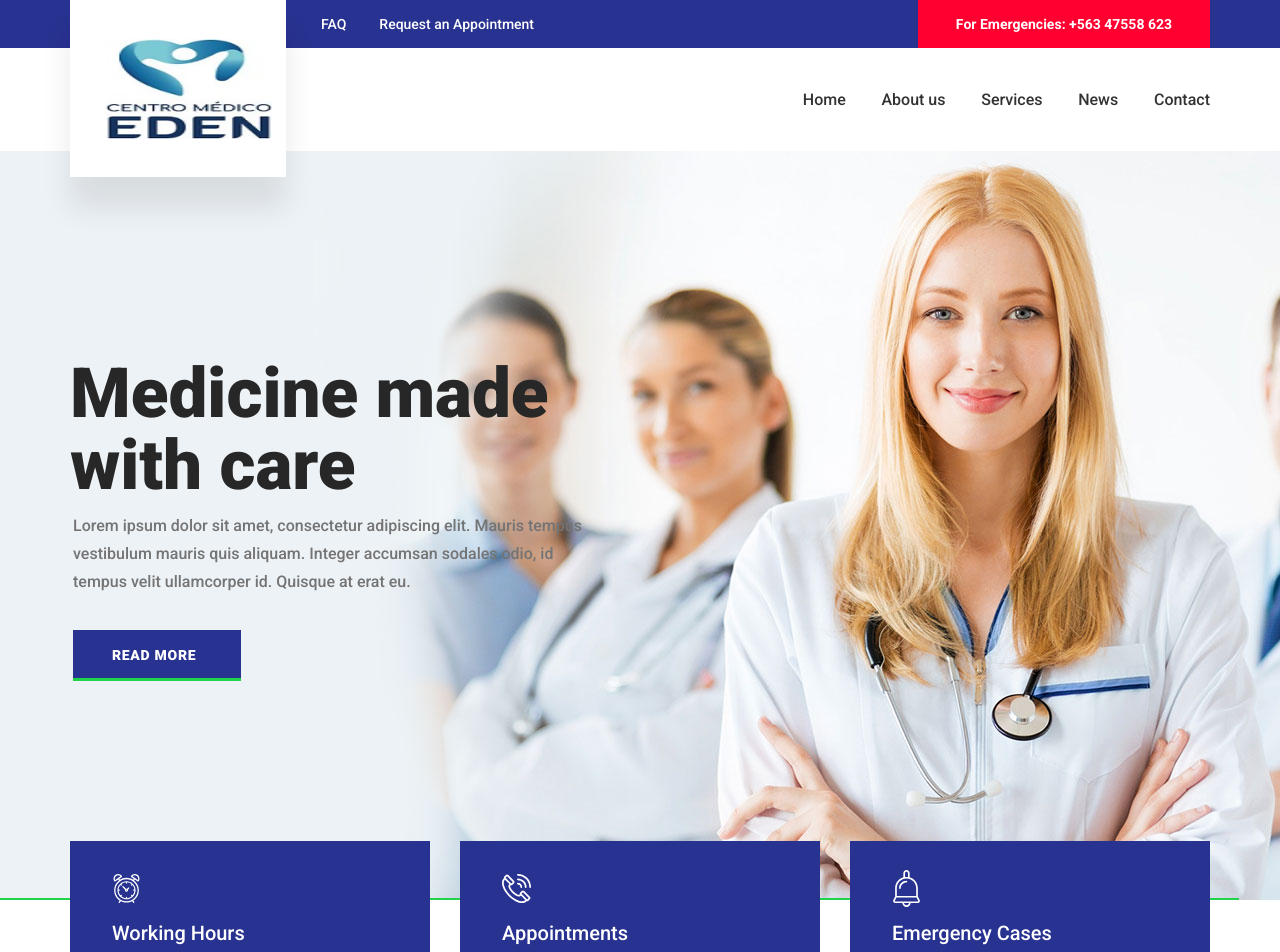
Repository: Nanitamo/centro-medico-eden-webpage
Page: index.html
The author's editor kept a copy of each file at every save. The page is drawn from the files as they stood at one save, then again after a run of saves.
The browser window is 1280 px wide. The pictures show the part of the page from y = 0 to 952 px (the page is 4535 px tall).

Above is the page before, as saved 2020-06-18 12:59:11.

After the next 2 saves:
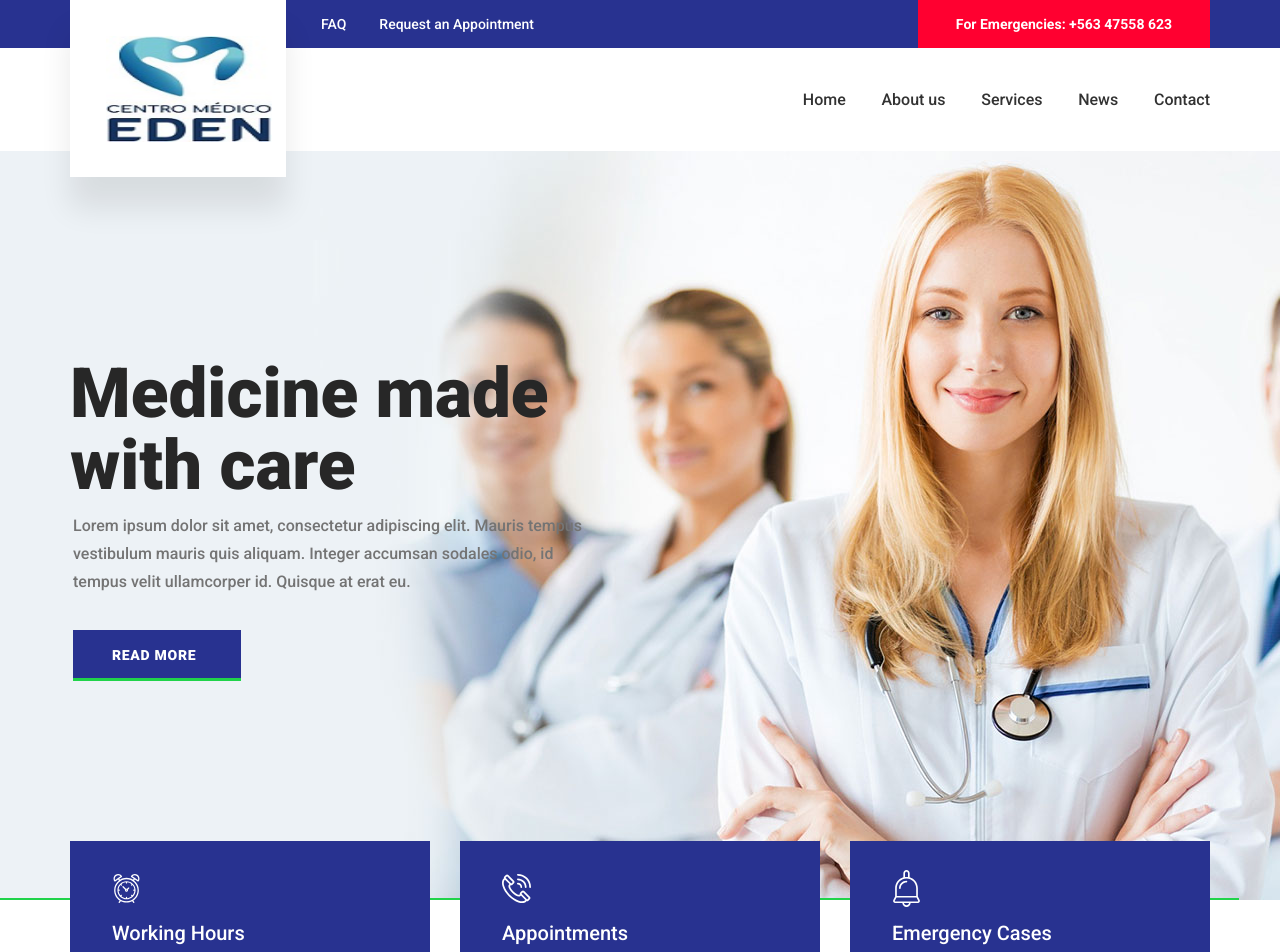
The 2 saves are shown as one change because they came seconds apart.
The last was saved 21 s later.
--- a/index.html
+++ b/index.html
@@ -74,7 +74,7 @@
 										<div class="logo_box">+</div>
 									</div>
 									<div class="logo_sub">Health Care Center</div> -->
-									<img src="./images/logo.jpg" alt="Logotipo" width ="166" height="100">
+									<img src="./images/logo.jpg" alt="Logotipo" width ="166" height="106">
 								</div>
 							</a>
 						</div>
